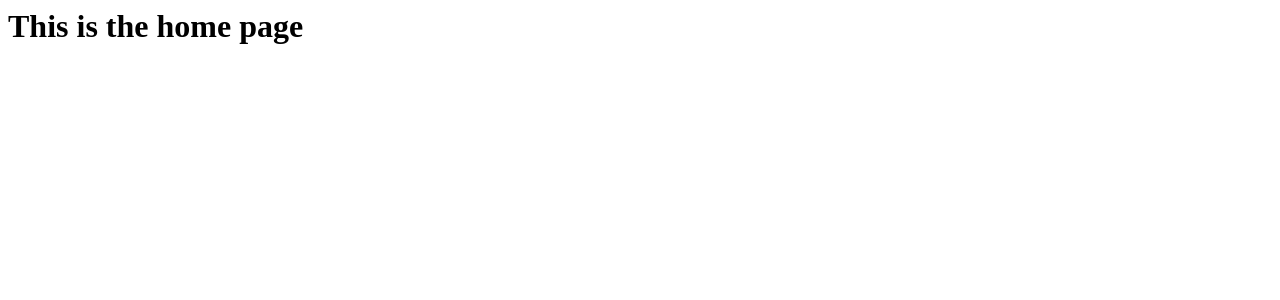
Repository: VictorWangwz/Web-Development
Page: http://localhost/
The author's editor kept a record of every edit. The page is drawn from the files as they stood at one moment, then again after the next edit.
The browser window is 1280 px wide. The pictures show the whole page.
The page is served by the project's Node server (profile/app.js). Queries for data that is not in the repository find no rows.

Above is the page before.

After the next edit:
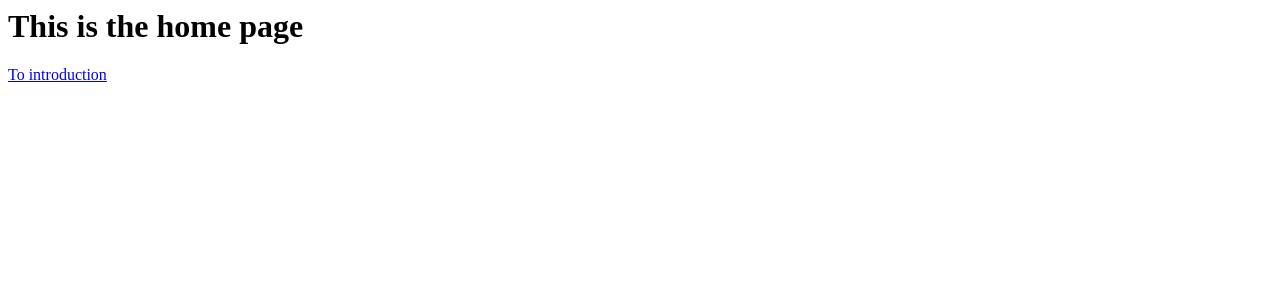
The edit:
--- a/profile/views/home.ejs
+++ b/profile/views/home.ejs
@@ -1,5 +1,6 @@
 
 <h1>This is the home page</h1>
+<a href="\introduction">To introduction</a>
 <%item.forEach(function(item){%>
 	<p>
 		<li><%=item.name%></li><li><%=item.content%></li>
